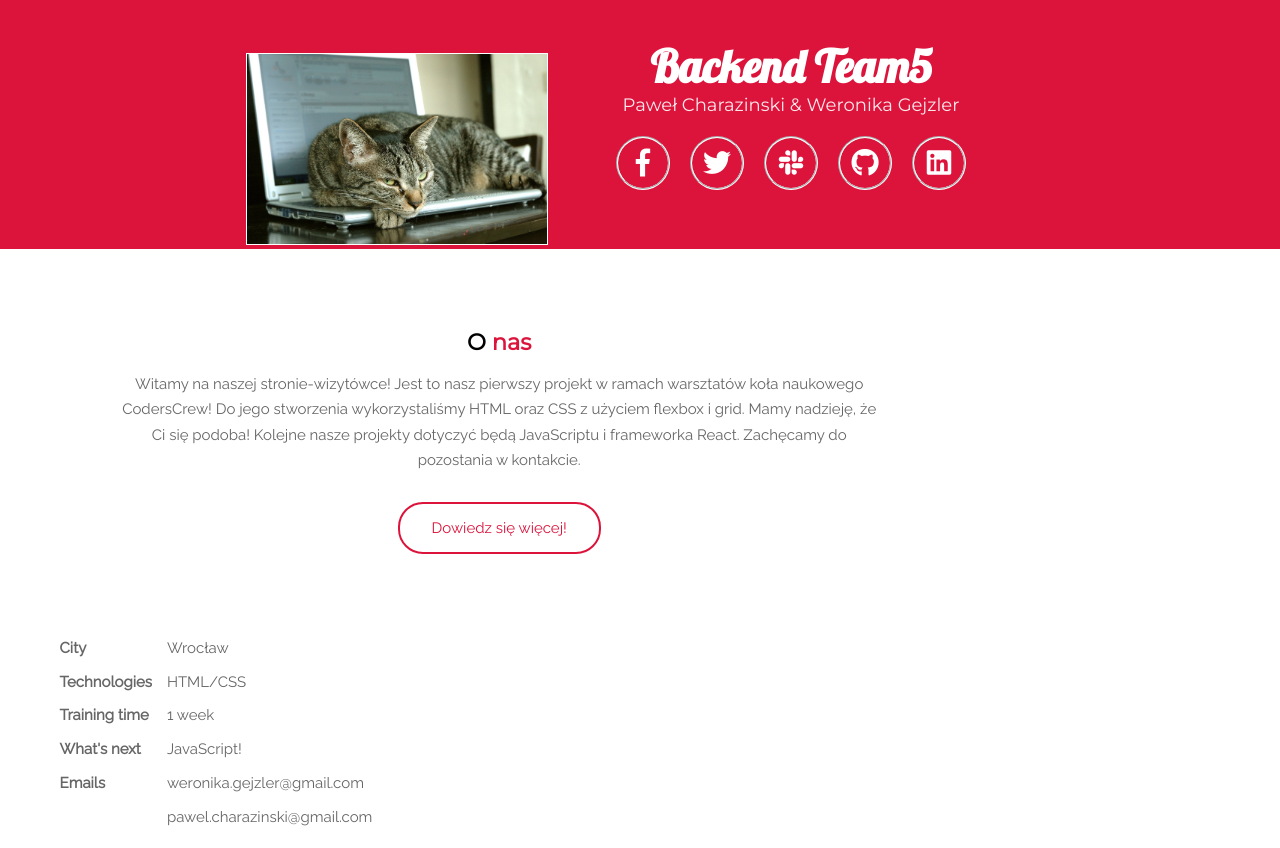
Repository: pietruszka/cc_proj1
Page: index.html
The author's editor kept a copy of each file at every save. The page is drawn from the files as they stood at one save, then again after the next save.
The browser window is 1280 px wide. The pictures show the whole page.
Some web libraries are served in a nearby version.

Above is the page before, as saved 2018-11-18 20:49:53.

### index.html
<!DOCTYPE html>
<html lang="en">

<head>
    <meta charset="UTF-8">
    <meta name="viewport" content="width=device-width, initial-scale=1.0">
    <link rel="stylesheet" href="./style.css" />
    <link href="https://fonts.googleapis.com/css?family=Lobster" rel="stylesheet">
    <link href="https://use.fontawesome.com/releases/v5.0.8/css/all.css" rel="stylesheet">
    <link href="https://fonts.googleapis.com/css?family=Montserrat" rel="stylesheet">
    <link href="https://fonts.googleapis.com/css?family=Raleway" rel="stylesheet">
    <title>BackendTeam5</title>
</head>

<body>


        <div id="top">
            <div id="photo"><img id="photo1" src="people.jpg" alt=""></div>
            <div id="heading">


               <h1 id="heading1">Backend Team5</h1>
               <h2 id="heading2">Paweł Charazinski &amp; Weronika Gejzler</h2>
               <div class="nav">

                <div class="nav-item">
                    <a href="#" class="fab fa-facebook-f"></a>
                </div>
                <div class="nav-item">
                    <a href="#" class="fab fa-twitter"></a>
                </div>

                <div class="nav-item">
                    <a href="#" class="fab fa-slack"></a>
                </div>
                <div class="nav-item">
                    <a href="#" class="fab fa-github"></a>
                </div>
                <div class="nav-item">
                    <a href="#" class="fab fa-linkedin"></a>
                </div>
            </div>


            </div>

        </div>

        <div id="bottom">
            <div id="about">
<h1 id="h_about">O <span style="color:crimson">nas</span></h1>
<p id="p_about">Witamy na naszej stronie-wizytówce! Jest to nasz pierwszy projekt w ramach warsztatów koła naukowego CodersCrew! Do jego stworzenia wykorzystaliśmy HTML oraz CSS z użyciem flexbox i grid. Mamy nadzieję, że Ci się podoba! Kolejne nasze projekty dotyczyć będą JavaScriptu i frameworka React. Zachęcamy do pozostania w kontakcie.</p>
<div id="button">Dowiedz się więcej!</div>


            </div>
            <div id="details">
<table>
    <tr>
        <td class="table"><b>City</b></td>
        <td class="table">Wrocław</td>
    </tr>
    <tr>
        <td class="table"><b>Technologies</b></td>
        <td class="table">HTML/CSS</td>
    </tr>
    <tr>
        <td class="table"><b>Training time</b></td>
        <td class="table">1 week</td>
    </tr>
    <tr>
        <td class="table"><b>What's next</b></td>
        <td class="table">JavaScript!</td>
    </tr>
    <tr>
        <td class="table"><b>Emails</b></td>
        <td class="table">weronika.gejzler@gmail.com
        </td>
    </tr>
    <tr><td class="table"></td><td class="table">pawel.charazinski@gmail.com
        </td></tr>

</table>
</div>
        </div>


</div>
</body>

</html>

### style.css
body{
    margin: 0 0 1vw 0;
    font-size: 15px;


}
#top{
   display: flex;
   flex-direction: row;
   flex-wrap: wrap;
   align-items: center;
   justify-content: center;

    background-color: crimson;
    color: white;



}
#photo{
align-self: flex-end;


}
#photo1{
width: auto;
height: auto;
   max-width: 300px;
   max-height: 200px;
   border: 1px solid white;

}

#heading{

  padding: 3vw;

}

#heading1 {

    font-size: 3em;
    font-weight: 700;
        font-family: 'Lobster', cursive;
    text-align: center;
    margin:0;
   }
   #heading2 {

    font-size: 1.2em;
    font-weight: 100;
    font-family:  Montserrat;
    text-align: center;
    margin: 0%;
    opacity: 0.9;
    }

    a {
        color: white;
        text-decoration: none;

    }
    .nav {
        display: flex;
        justify-content: center;
        margin: 20px;
        flex-wrap: wrap;

    }

    .nav-item {

        animation: show 0.5s ease-in-out forwards;

        transition: all 0.3s ease-in-out;
        border-radius: 100%;
        border: groove 2px white;

        width: 50px;
        height: 50px;
        margin: 0 10px;
        display: flex;
        align-items: center;
        justify-content: center;

    }

    .nav-item:hover {
        cursor: pointer;

        opacity: 0.8;

    }

    .nav-item a:hover {

        opacity: 0.5;

    }

    .nav-item a {
        font-size: 28px;

    }

#bottom{
    display: flex;
    flex-direction: row;
    align-items: center;
    margin: 0 4vw;
     flex-wrap: wrap;



}
#about{
   margin: 5vw;
   width: 60vw;
   text-align: center;
}
#h_about{
   font-family:  Montserrat;
    font-style: Bold;
    font-size: 1.5em;

        line-height: 29px;

}
#p_about{
   color: #666666;
   Font-Family: Raleway;
Font-Style: Regular;

Line-Height: 1.7em;

}
#button{
    margin: 1vw;
    border: 2px solid crimson;
    border-radius: 25px;
    background-color: white;
    color: crimson;

    padding: 15px 32px;
    text-align: center;
    text-decoration: none;
    display: inline-block;

    Font-Family: Raleway;
}

#button:hover {
    cursor: pointer;
    background-color: bisque;
    transform: scale(1.03);

}


#details{

    color: #666666;
    Font-Family: Raleway;
 Font-Style: Regular;

 Line-Height: 19px;
 text-Align: Left;

}
.table{
    padding: 0.5vw;
}

After the next save:
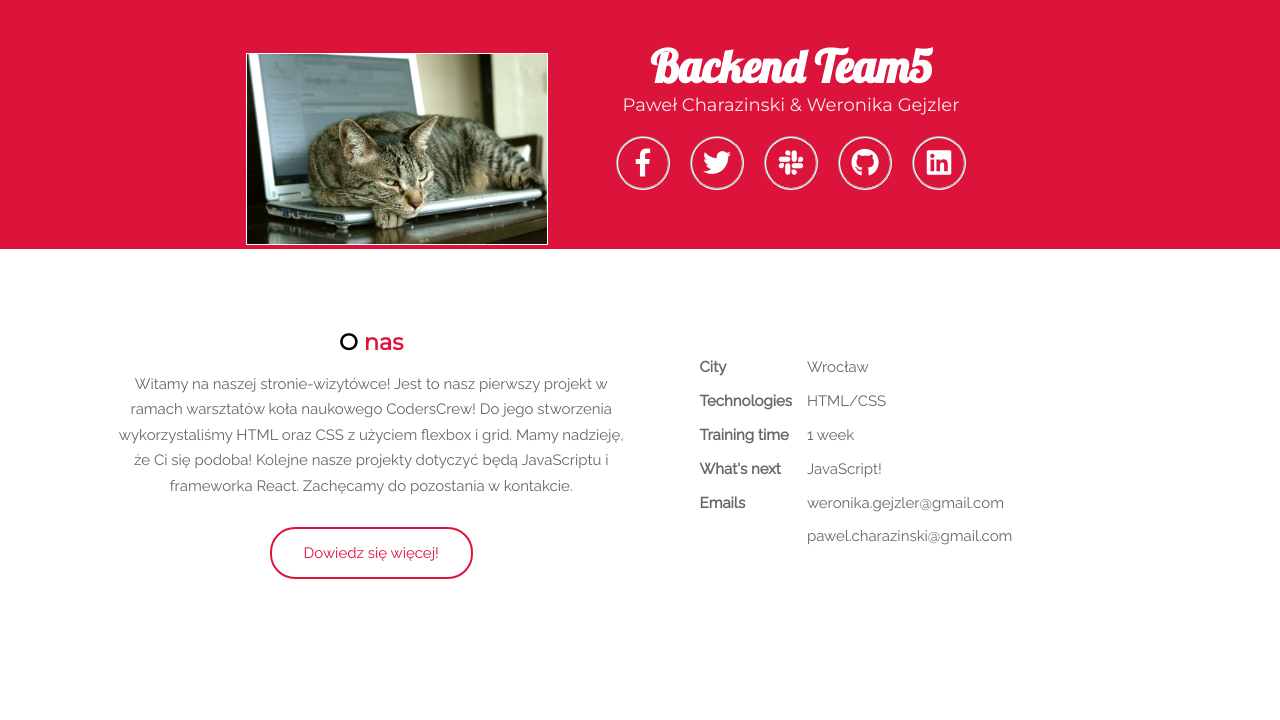
Saved 23 s later.
--- a/style.css
+++ b/style.css
@@ -115,7 +115,7 @@ height: auto;
 }
 #about{
    margin: 5vw;
-   width: 60vw;
+   width: 40vw;
    text-align: center;
 }
 #h_about{
